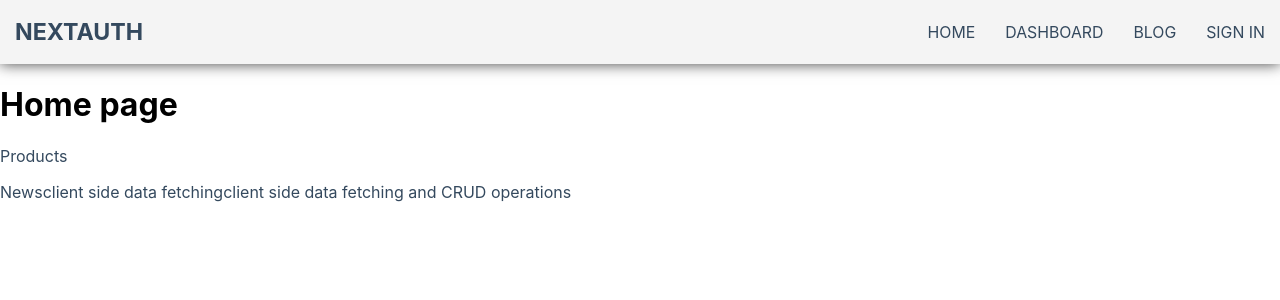
Repository: adeel146/nextjs
Page: /
These files come from the project's save history. The page is drawn as it stood at one moment and after the next save; the edit follows.
The browser window is 1280 px wide. The pictures show the whole page.
The page's requests for data from a server got no answer. The project was rebuilt for these pictures with package versions that can differ from the ones it lists, and the page was loaded fresh each time. The framework's server and built-in components were replaced by stand-ins that run in the browser. No one was signed in, and anything a server would have sent is missing. Also part of the build but not shown: next.config.js.

Above is the page before, as saved 2022-02-10 18:18:59.

After the next save:
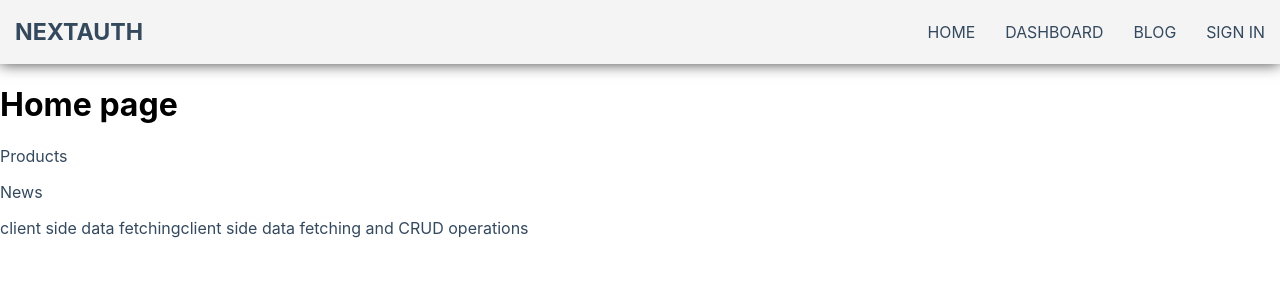
Saved 99 s later.
--- a/pages/index.js
+++ b/pages/index.js
@@ -11,13 +11,13 @@ function Home() {
       <Link href="/news">
         <a>News</a>
       </Link>
+      </p>
       <Link href="/dashboard-swr">
         <a>client side data fetching</a>
       </Link>
       <Link href="/dashboard-swr">
         <a>client side data fetching and CRUD operations</a>
       </Link>
-      </p>
     </>
   );
 }
